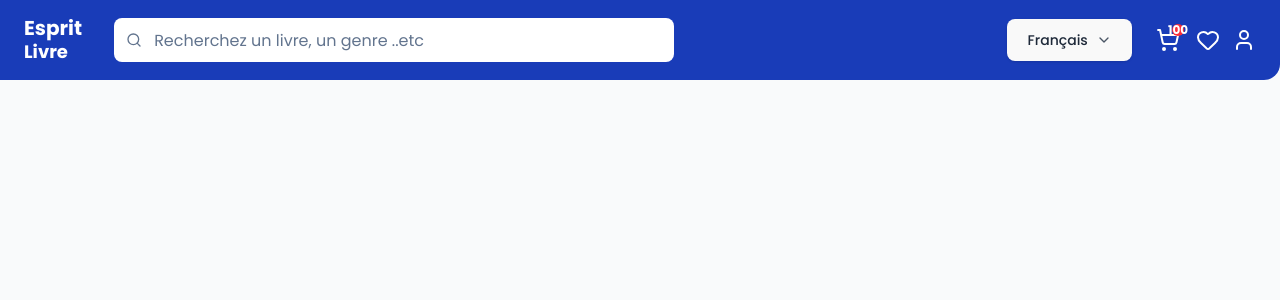
Repository: oussamabenberkane/esprit-livre-front
Page: /
These files come from the project's save history. The page is drawn as it stood at one moment and after the next save; the edit follows.
The browser window is 1280 px wide. The pictures show the whole page.
The project was rebuilt for these pictures with package versions that can differ from the ones it lists, and the page was loaded fresh each time. Also part of the build but not shown: vite.config.js.

Above is the page before, as saved 2025-09-25 20:25:20.

After the next save:
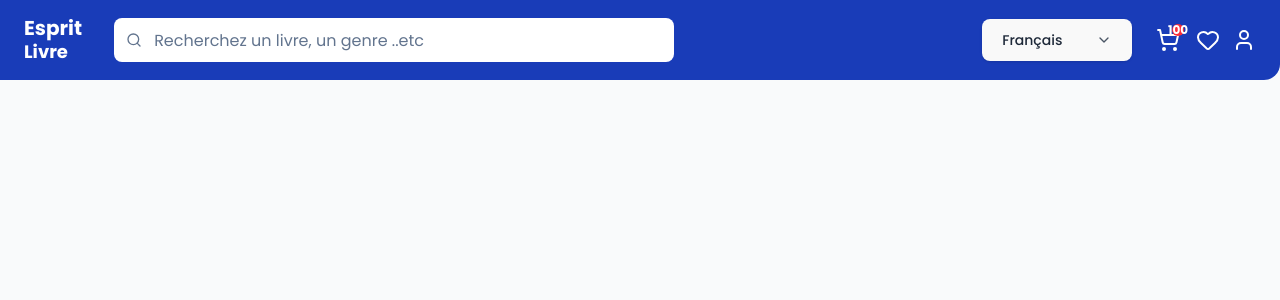
Saved 40 s later.
--- a/src/components/animations/LanguageToggle.jsx
+++ b/src/components/animations/LanguageToggle.jsx
@@ -22,7 +22,7 @@ const LanguageToggle = ({ onLanguageChange }) => {
             whileHover={{ scale: 1.05 }}
             whileTap={{ scale: 0.95 }}
             onClick={handleToggle}
-            className="relative bg-white rounded-md px-4 py-2.5 min-w-[120px] flex items-center justify-between cursor-pointer hover:bg-gray-50 transition-colors shadow-sm overflow-hidden"
+            className="relative bg-white rounded-md px-4 py-2.5 min-w-[150px] flex items-center justify-between cursor-pointer hover:bg-gray-50 transition-colors shadow-sm overflow-hidden"
         >
             <AnimatePresence mode="wait">
                 <motion.span
